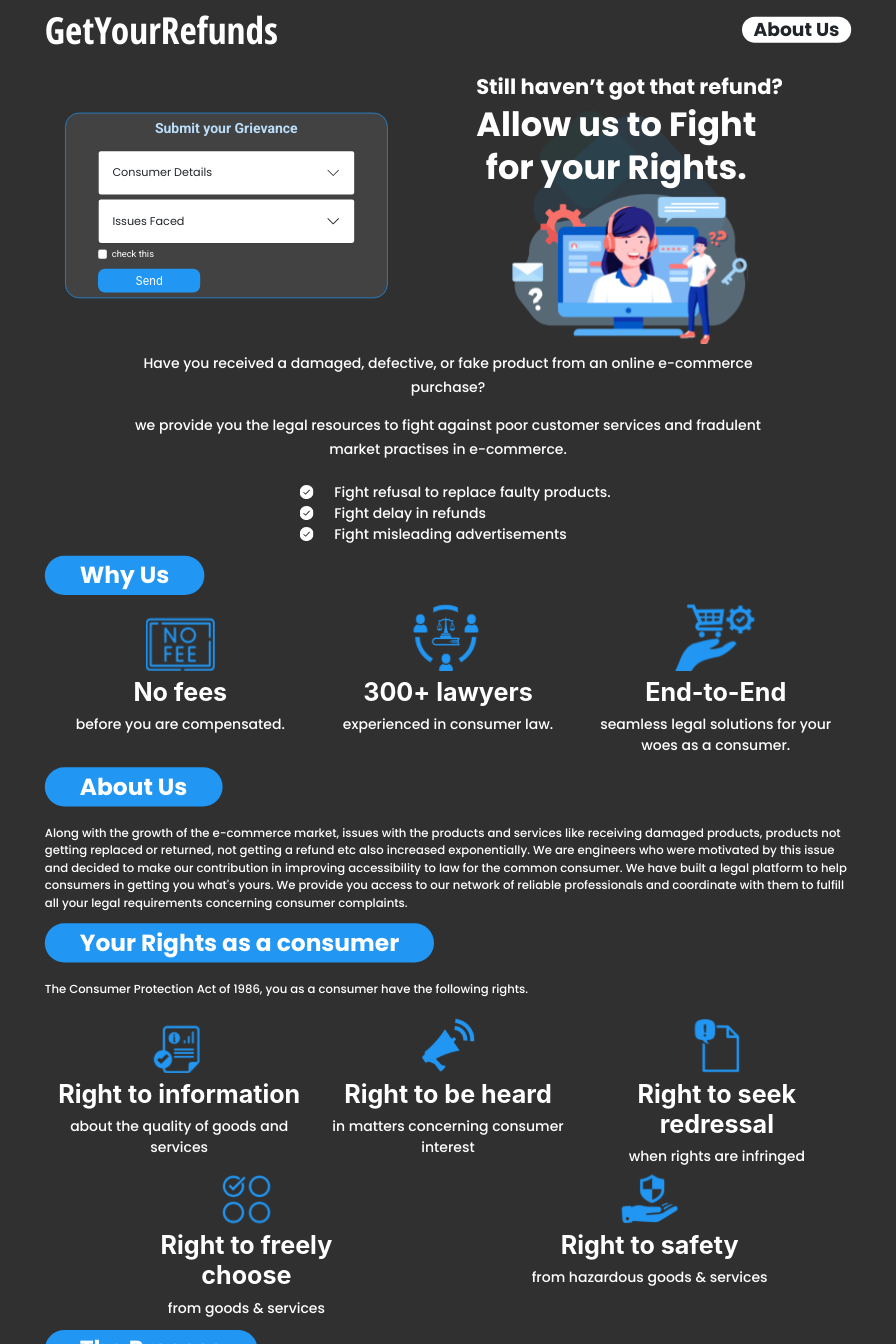
Repository: Eren00Yeager/initial-survey
Page: /consumer-complaints
An editor plug-in stored every save of this project. The page is shown before and after the next save, followed by the edit.
The browser window is 1280 px wide. The pictures show the part of the page from y = 0 to 1920 px (the page is 2604 px tall), at 70% of full size.
Some web fonts or font styles are not loaded; a fallback is used. The project was rebuilt for these pictures with package versions that can differ from the ones it lists, and the page was loaded fresh each time. The framework's server and built-in components were replaced by stand-ins that run in the browser. Also part of the build but not shown: next.config.js.

Above is the page before, as saved 2022-07-14 13:15:52.

After the next save:
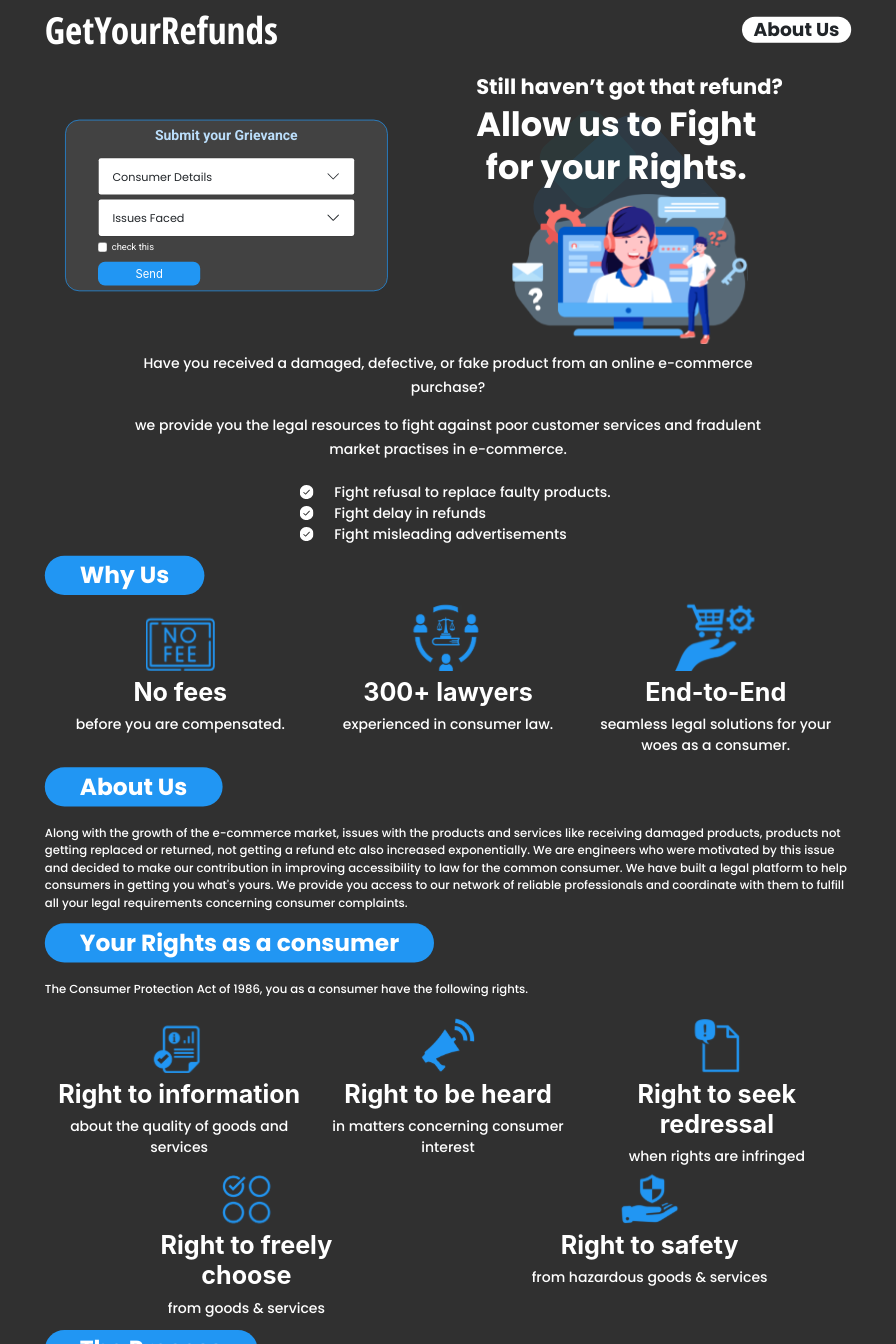
Saved 27 s later.
--- a/styles/consumer.module.css
+++ b/styles/consumer.module.css
@@ -971,10 +971,10 @@ row-gap: 10px;
 }
 .id{
 
-    font-family: 'Poppins';
+font-family: 'Poppins';
 font-style: normal;
 font-weight: 700;
-    font-size: 20px;
-    line-height: 30px;
-
-}
+font-size: 20px;
+
+
+}
